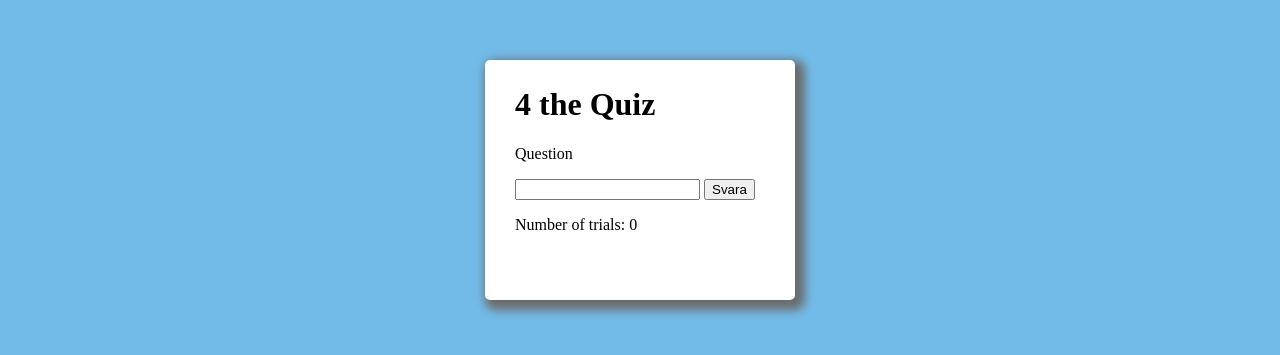
Repository: CarroForslund/1dv403-cf222ev-laborationer
Page: 4-thequiz/index.html
The author's editor kept a record of every edit. The page is drawn from the files as they stood at one moment, then again after the next edit.
The browser window is 1280 px wide. The pictures show the whole page.
The page's requests for data from a server got no answer.

Above is the page before.

After the next edit:
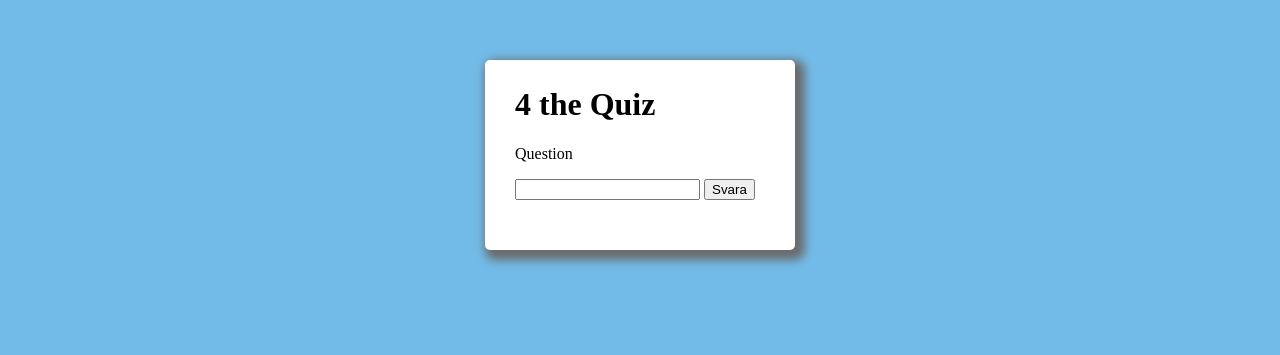
The edit:
--- a/4-thequiz/index.html
+++ b/4-thequiz/index.html
@@ -16,10 +16,10 @@
                 <input type="textarea" id="answer" name="answer"/>
                 <input type="submit" id="submit" name="send" value="Svara"/>
             </form>
-            <div id="trials">
-                <p>Number of trials: 0</p>
+            <div id="trials"></div>
+            <div id="wrong" class="hidden">
+                <p>Fel svar!</p>
             </div>
-            <div id="wrong"></div>
         </div>
     </body>
 </html>
